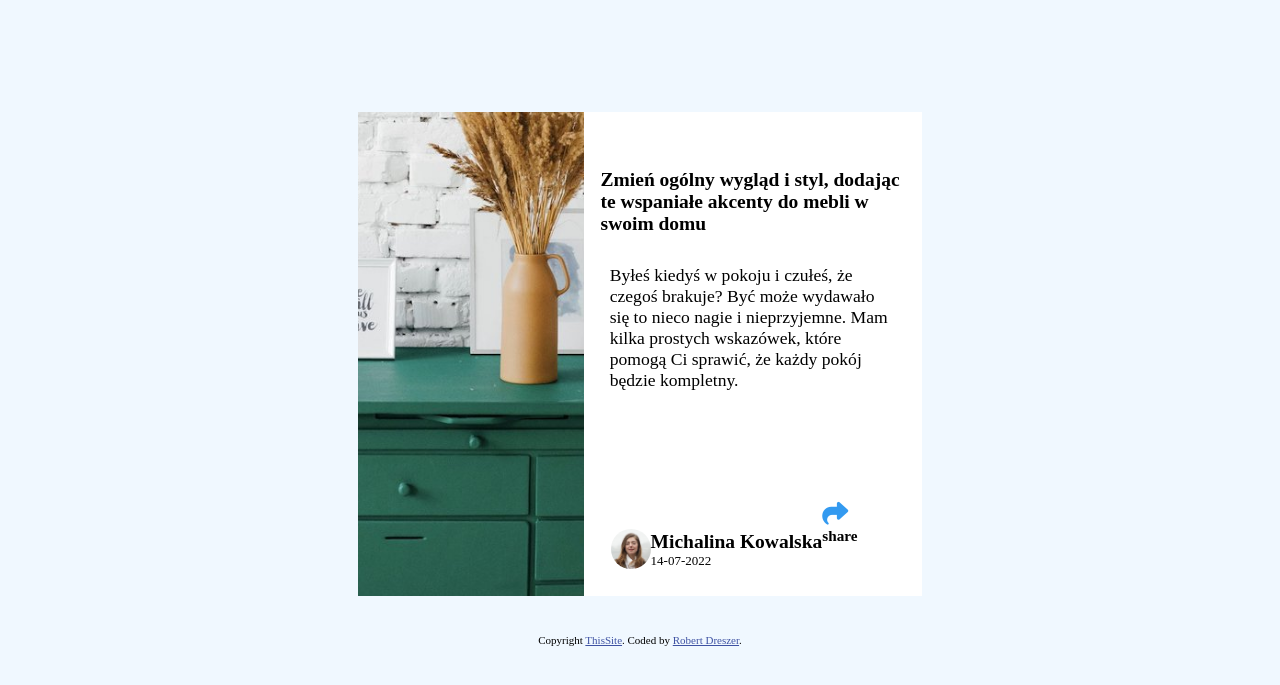
Repository: RobertDsr/komponent-podgl-du-produktu
Page: index.html
These files come from the project's save history. The page is drawn as it stood at one moment and after the next save; the edit follows.
The browser window is 1280 px wide. The pictures show the whole page.
Some web libraries are served in a nearby version. The style sheet was rebuilt from its Sass, Less or Tailwind sources for each picture, by a compiler version that may differ from the author's.

Above is the page before, as saved 2022-07-14 13:46:02.

### index.html
<!DOCTYPE html>
<html lang="pl">

<head>
  <meta charset="UTF-8">
  <meta name="viewport" content="width=device-width, initial-scale=1.0">
  <!-- displays site properly based on user's device -->

  <link rel="icon" type="image/png" sizes="32x32" href="./images/favicon-32x32.png">

  <script src="https://kit.fontawesome.com/f1983936fd.js" crossorigin="anonymous"></script>

  <title>Article preview component</title>

  <link rel="stylesheet" href="./design/css/main.min.css">
</head>

<body>

  <div class="wrapper">
    <div class="columns">
      <div class="columnLeft"></div>
      <div class="columnRight">
        <section class="articleDescription">
          <h1 class="Title">Zmień ogólny wygląd i styl, dodając te wspaniałe akcenty do mebli w swoim domu</h1>
          <p>Byłeś kiedyś w pokoju i czułeś, że czegoś brakuje? Być może wydawało się to nieco nagie i nieprzyjemne. Mam
            kilka prostych wskazówek, które pomogą Ci sprawić, że każdy pokój będzie kompletny.</p>
          <div class="author">
            <img src="./images/avatar-michelle.jpg" alt="Michelle" class="imgAuthor">
            <div class="divAuthorName">
              <h2 class="authorName">Michalina Kowalska</h2>
              <time datetime="2022-07-14">14-07-2022</time>
            </div>
            <div class="socialMedia">
              <i class="fa-solid fa-share fa-2x" style="color: #339af0;"></i>
              <div class="popup">
                <div class="mediaWrapper">
                  <h3>share</h3>
                  <img class="img1" src="./images/icon-facebook.svg" alt="ikona facebooka">
                  <img class="img2" src="./images/icon-twitter.svg" alt="ikona twittera">
                  <img class="img3" src="./images/icon-pinterest.svg" alt="ikona pinteresta">
                </div>
              </div>
            </div>
          </div>
        </section>
      </div>
    </div>
    <footer>
      <div class="attribution">
        Copyright <a href="https://robertdreszer.pl/" target="_blank">ThisSite</a>.
        Coded by <a href="https://robertdreszer.pl/">Robert Dreszer</a>.
      </div>
    </footer>
  </div>
</body>

</html>

### design/scss/main.scss
* {
    box-sizing: border-box;
    margin: 0;
    padding: 0;
}

body {
    font-size: 13px;
}
.wrapper {
    align-items: center;
    background-color: aliceblue;
    display: flex;
    flex-direction: column;
    justify-content: center;
    min-height: 100vh;
    min-width: 100vw;
    max-width: 1440px;
    overflow: hidden;
}

.columns {
    display: flex;
    padding: 3%;
    // justify-content: space-around;
    width: 50%;
}

.columnLeft {
    background: url(../../images/drawers.jpg) center/cover;
    width: 40%;
}

.columnRight {
    background-color: #fff;
    padding: 10% 3% 3%;
    width: 60%;
}

.title {
    font-size: 1.45rem;
}

.articleDescription p {
    font-size: 1.1rem;
    padding: 10% 3% 0;
}

.author {
    display: flex;
    margin-top: 100px;
    padding: 10px;
    align-items: flex-end;
}

.imgAuthor {
    width: 40px;
    height: 40px;
    border-radius: 50%;
}
.attribution { font-size: 11px; text-align: center; }
.attribution a { color: hsl(228, 45%, 44%); }

After the next save:
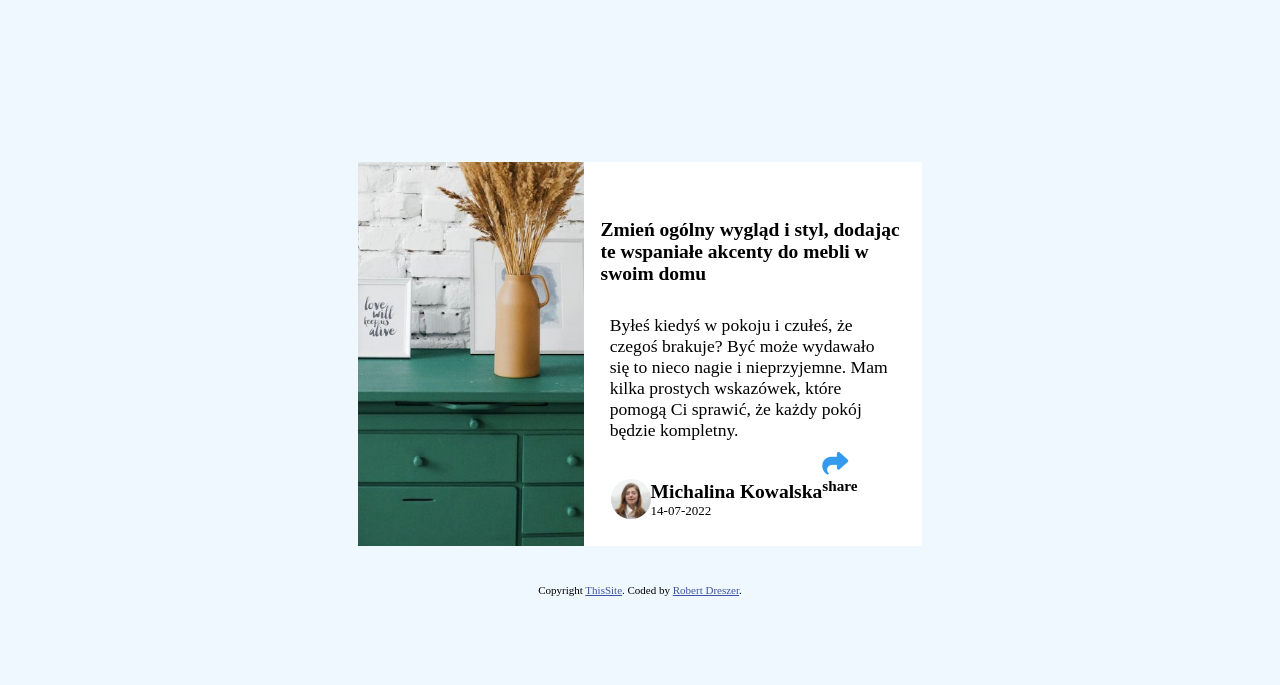
Saved 23 s later.
--- a/design/scss/main.scss
+++ b/design/scss/main.scss
@@ -48,7 +48,7 @@ body {
 
 .author {
     display: flex;
-    margin-top: 100px;
+    // margin-top: 100px;
     padding: 10px;
     align-items: flex-end;
 }
